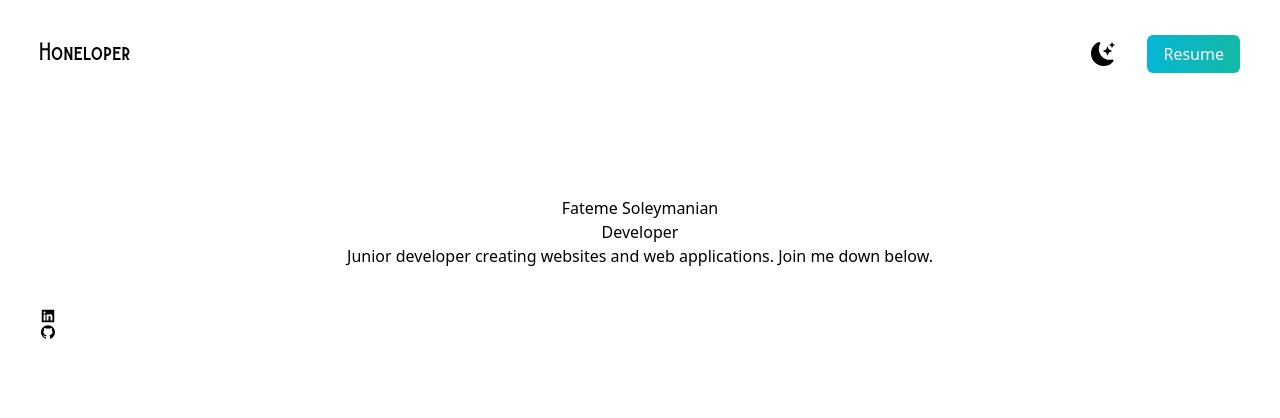
Repository: fatemesoleymanian/portfolio
Page: /
The author's editor kept a copy of each file at every save. The page is drawn from the files as they stood at one save, then again after the next save.
The browser window is 1280 px wide. The pictures show the whole page.
The project was rebuilt for these pictures with package versions that can differ from the ones it lists, and the page was loaded fresh each time. The framework's server and built-in components were replaced by stand-ins that run in the browser. Also part of the build but not shown: next.config.js.

Above is the page before, as saved 2023-03-10 14:21:26.

After the next save:
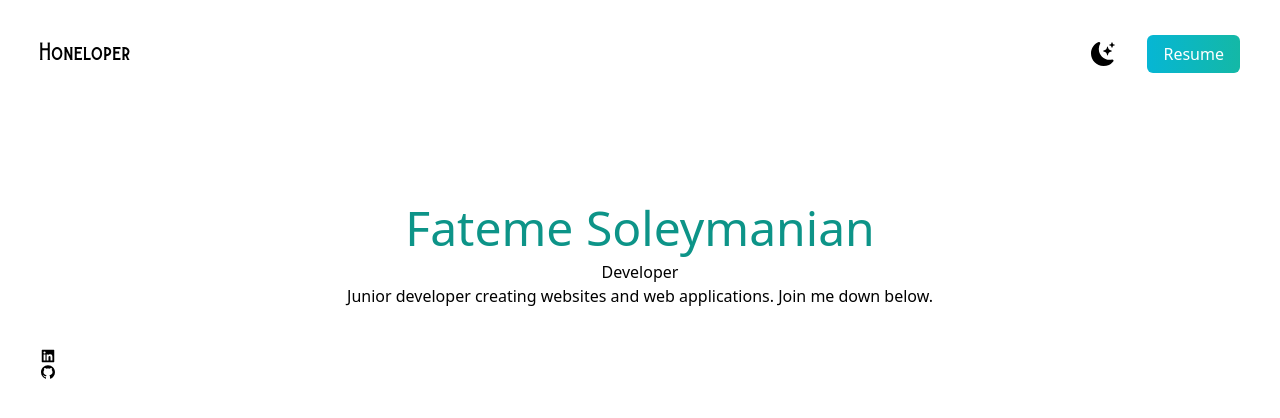
Saved 40 s later.
--- a/pages/index.js
+++ b/pages/index.js
@@ -25,7 +25,7 @@ export default function Home() {
             </ul>
           </nav>
           <div className='text-center p-10'>
-            <h2>Fateme Soleymanian</h2>
+            <h2 className='text-5xl py-2 text-teal-600'>Fateme Soleymanian</h2>
             <h3>Developer</h3>
             <p>Junior developer creating websites and web applications. Join me down below.</p>
           </div>
